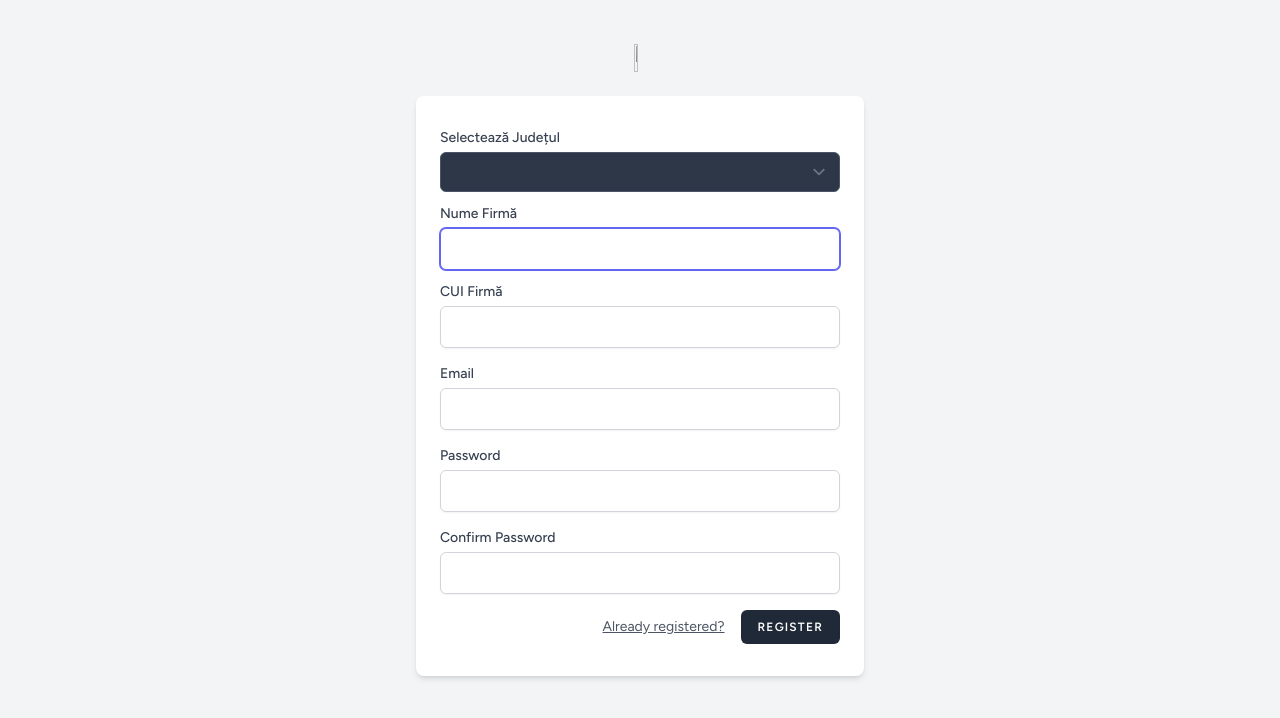
Repository: cosmin05072018/fantastic-events-manager
Page: http://localhost/register
These files come from the project's save history. The page is drawn as it stood at one moment and after a run of saves; the edit follows.
The browser window is 1280 px wide. The pictures show the whole page.
The page is served by the project's Laravel application, run on PHP 8.4 with Laravel 10. Other server files are loaded and not shown. Style sheets and scripts are compiled from the project's sources, by tool versions that may differ from the author's.

Above is the page before, as saved 2024-11-03 18:25:53.

### routes/web.php
<?php

use App\Http\Controllers\ProfileController;
use Illuminate\Support\Facades\Route;

/*
|--------------------------------------------------------------------------
| Web Routes
|--------------------------------------------------------------------------
|
| Here is where you can register web routes for your application. These
| routes are loaded by the RouteServiceProvider and all of them will
| be assigned to the "web" middleware group. Make something great!
|
*/

Route::get('/', function () {
    return view('startApp');
});

Route::get('/dashboard', function () {
    return view('dashboard');
})->middleware(['auth', 'verified'])->name('dashboard');

Route::middleware('auth')->group(function () {
    Route::get('/profile', [ProfileController::class, 'edit'])->name('profile.edit');
    Route::patch('/profile', [ProfileController::class, 'update'])->name('profile.update');
    Route::delete('/profile', [ProfileController::class, 'destroy'])->name('profile.destroy');
});

require __DIR__.'/auth.php';

### resources/views/auth/register.blade.php
<style>
    .logo-img {
        width: 100%;
        display: flex;
        align-items: center;
        justify-content: center;
    }

    select {
        background-color: #2d3748 !important; /* Fundal întunecat */
        color: #cbd5e0 !important; /* Text deschis la culoare */
        border: 1px solid #4a5568 !important; /* Bordură similară cu celelalte câmpuri */
        padding: 0.5rem !important;
        border-radius: 0.375rem !important; /* Rotunjirea colțurilor */
        height: 40px !important; /* Înălțime similară */
        width: 100% !important; /* Se extinde pe toată lățimea */
        appearance: none !important; /* Îndepărtează stilul implicit pentru browsere */
    }

    /* Săgeata din dreapta pentru select */
    select::-ms-expand {
        display: none !important; /* Ascunde săgeata în Internet Explorer */
    }

    /* Stil pentru placeholder */
    select option[value=""][disabled] {
        color: #a0aec0 !important; /* Culoare mai pală pentru placeholder */
    }

    /* Hover și focus pentru select */
    select:hover, select:focus {
        border-color: #718096 !important; /* Culoare pentru border la hover și focus */
        outline: none !important;
    }
</style>

<x-guest-layout>
    <form method="POST" action="{{ route('register') }}">
        @csrf

        <!-- Județ -->
    <div class="mt-4">
        <x-input-label for="county" :value="__('Selectează Județul')" />
        <select id="county" name="county" class="block mt-1 w-full select2" required>
            <option value=""></option>
            <option value="Alba">Alba</option>
            <option value="Arad">Arad</option>
            <option value="Argeș">Argeș</option>
            <option value="Bacău">Bacău</option>
            <option value="Bihor">Bihor</option>
            <option value="Bistrița-Năsăud">Bistrița-Năsăud</option>
            <option value="Botoșani">Botoșani</option>
            <option value="Brașov">Brașov</option>
            <option value="Brăila">Brăila</option>
            <option value="București">București</option>
            <option value="Buzău">Buzău</option>
            <option value="Caraș-Severin">Caraș-Severin</option>
            <option value="Călărași">Călărași</option>
            <option value="Cluj">Cluj</option>
            <option value="Constanța">Constanța</option>
            <option value="Covasna">Covasna</option>
            <option value="Dâmbovița">Dâmbovița</option>
            <option value="Dolj">Dolj</option>
            <option value="Galați">Galați</option>
            <option value="Giurgiu">Giurgiu</option>
            <option value="Gorj">Gorj</option>
            <option value="Harghita">Harghita</option>
            <option value="Hunedoara">Hunedoara</option>
            <option value="Ialomița">Ialomița</option>
            <option value="Iași">Iași</option>
            <option value="Ilfov">Ilfov</option>
            <option value="Maramureș">Maramureș</option>
            <option value="Mehedinți">Mehedinți</option>
            <option value="Mureș">Mureș</option>
            <option value="Neamț">Neamț</option>
            <option value="Olt">Olt</option>
            <option value="Prahova">Prahova</option>
            <option value="Satu Mare">Satu Mare</option>
            <option value="Sălaj">Sălaj</option>
            <option value="Sibiu">Sibiu</option>
            <option value="Suceava">Suceava</option>
            <option value="Teleorman">Teleorman</option>
            <option value="Timiș">Timiș</option>
            <option value="Tulcea">Tulcea</option>
            <option value="Vaslui">Vaslui</option>
            <option value="Vâlcea">Vâlcea</option>
            <option value="Vrancea">Vrancea</option>
        </select>
        <x-input-error :messages="$errors->get('county')" class="mt-2" />
    </div>

        <!-- Nume Firmă -->
        <div>
            <x-input-label for="name" class="mt-3" :value="__('Nume Firmă')" />
            <x-text-input id="name" class="block mt-1 w-full" type="text" name="name" :value="old('name')" required autofocus autocomplete="name" />
            <x-input-error :messages="$errors->get('name')" class="mt-2" />
        </div>

        <!-- CUI Firmă -->
        <div>
            <x-input-label class="mt-3" for="name" :value="__('CUI Firmă')" />
            <x-text-input id="name" class="block mt-1 w-full" type="number" name="name" :value="old('name')" required autofocus autocomplete="name" />
            <x-input-error :messages="$errors->get('name')" class="mt-2" />
        </div>

        <!-- Email Address -->
        <div class="mt-4">
            <x-input-label for="email" :value="__('Email')" />
            <x-text-input id="email" class="block mt-1 w-full" type="email" name="email" :value="old('email')" required autocomplete="username" />
            <x-input-error :messages="$errors->get('email')" class="mt-2" />
        </div>

        <!-- Password -->
        <div class="mt-4">
            <x-input-label for="password" :value="__('Password')" />

            <x-text-input id="password" class="block mt-1 w-full"
                            type="password"
                            name="password"
                            required autocomplete="new-password" />

            <x-input-error :messages="$errors->get('password')" class="mt-2" />
        </div>

        <!-- Confirm Password -->
        <div class="mt-4">
            <x-input-label for="password_confirmation" :value="__('Confirm Password')" />

            <x-text-input id="password_confirmation" class="block mt-1 w-full"
                            type="password"
                            name="password_confirmation" required autocomplete="new-password" />

            <x-input-error :messages="$errors->get('password_confirmation')" class="mt-2" />
        </div>

        <div class="flex items-center justify-end mt-4">
            <a class="underline text-sm text-gray-600 dark:text-gray-400 hover:text-gray-900 dark:hover:text-gray-100 rounded-md focus:outline-none focus:ring-2 focus:ring-offset-2 focus:ring-indigo-500 dark:focus:ring-offset-gray-800" href="{{ route('login') }}">
                {{ __('Already registered?') }}
            </a>

            <x-primary-button class="ms-4">
                {{ __('Register') }}
            </x-primary-button>
        </div>
    </form>
</x-guest-layout>

### resources/views/components/application-logo.blade.php
<div class="logo-img">
    <img src="{{ asset('storage/logo.svg') }}" alt="Logo" style="width: 20% !important;">
</div>

Loaded but not shown: routes/auth.php (common file); app/Http/Controllers/Auth/EmailVerificationPromptController.php (common file); app/Http/Controllers/Controller.php (common file); app/Http/Controllers/Auth/VerifyEmailController.php (common file); app/Http/Controllers/Auth/RegisteredUserController.php (common file); app/View/Components/GuestLayout.php (common file); resources/views/components/input-label.blade.php (common file); resources/views/components/input-error.blade.php (common file); resources/views/components/text-input.blade.php (common file); resources/views/components/primary-button.blade.php (common file); resources/views/layouts/guest.blade.php (common file); resources/css/app.css (common file); tailwind.config.js (common file); resources/js/app.js (common file); resources/js/bootstrap.js (common file)

After the next 2 saves:
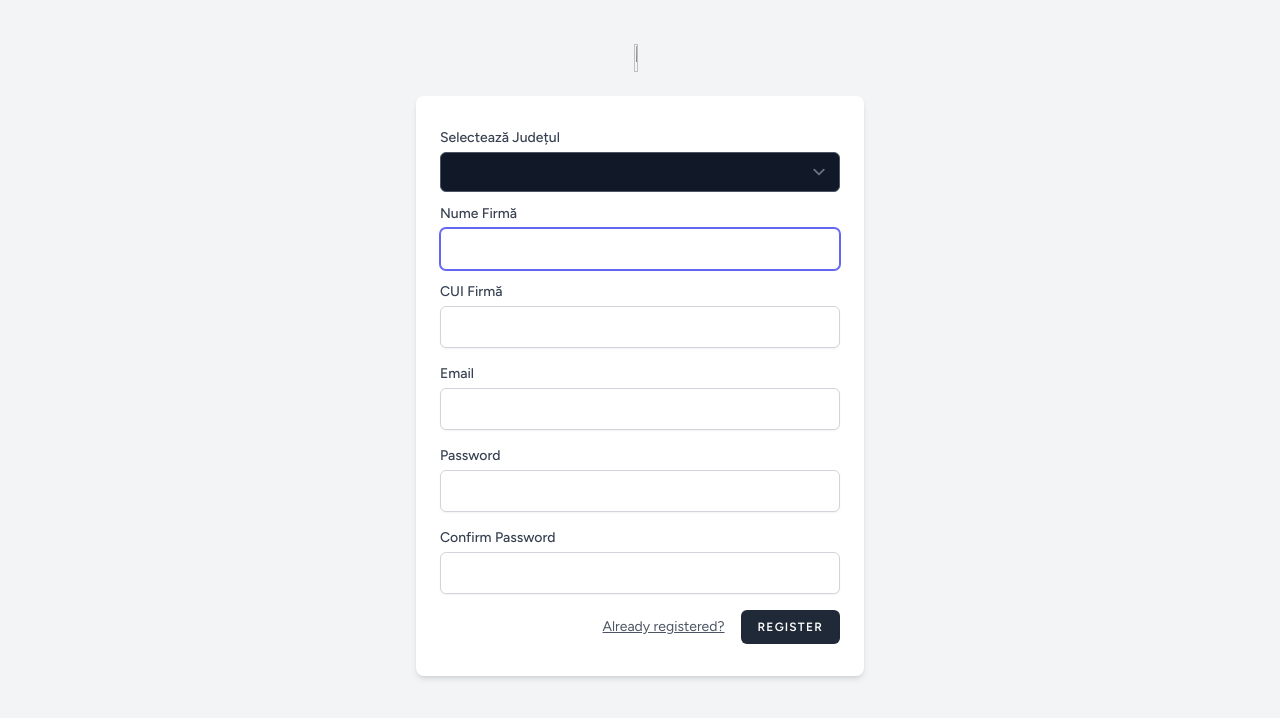
The 2 saves are shown as one change because they came seconds apart.
The last was saved 59 s later.
--- a/resources/views/auth/register.blade.php
+++ b/resources/views/auth/register.blade.php
@@ -7,7 +7,7 @@
     }
 
     select {
-        background-color: #2d3748 !important; /* Fundal întunecat */
+        background-color: #111827 !important; /* Fundal întunecat */
         color: #cbd5e0 !important; /* Text deschis la culoare */
         border: 1px solid #4a5568 !important; /* Bordură similară cu celelalte câmpuri */
         padding: 0.5rem !important;
